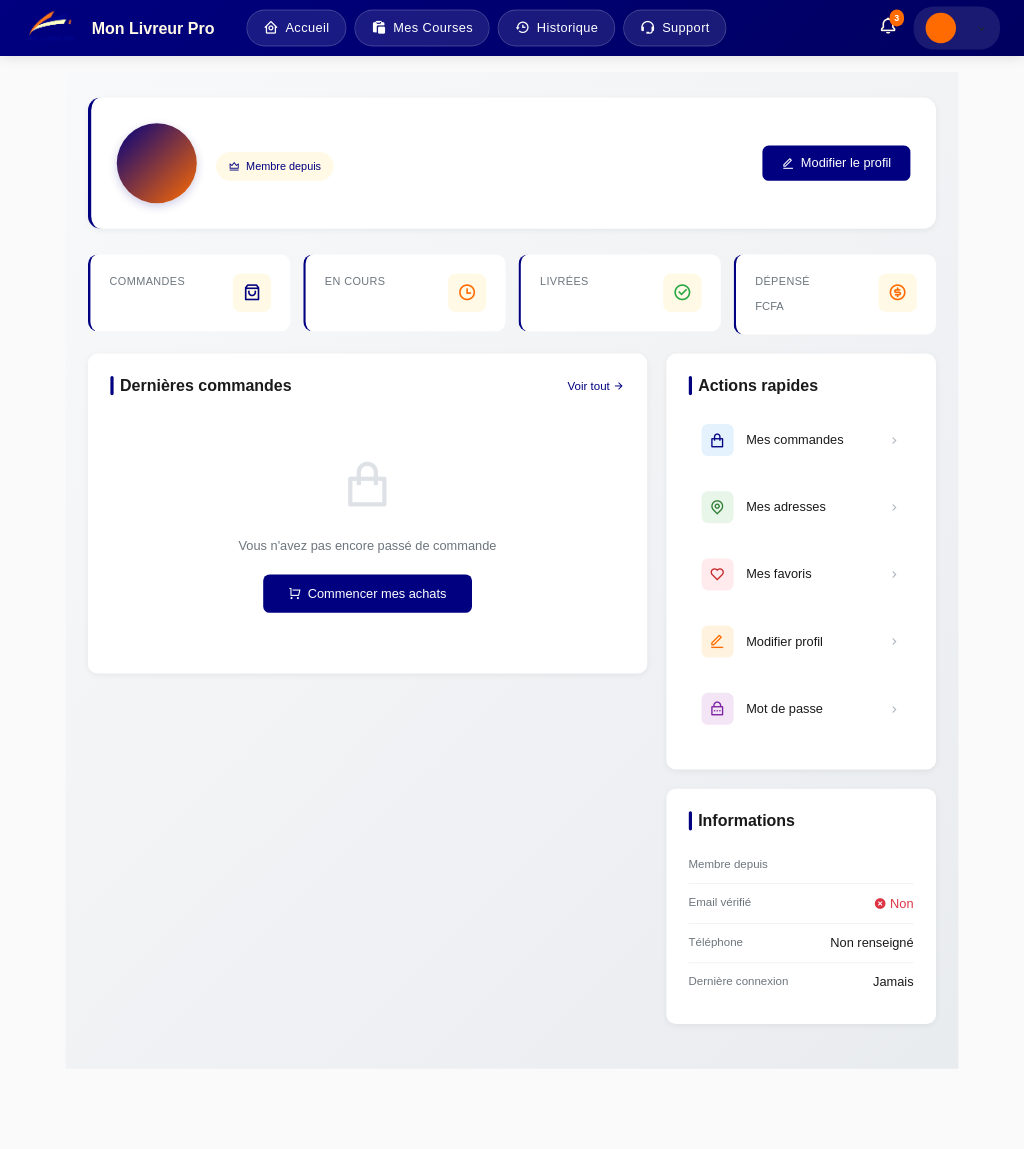
Repository: kaboreibrahim/LivreurPro
Page: Client/templates/profile/profile.html
These files come from the project's save history. The page is drawn as it stood at one moment and after the next save; the edit follows.
The browser window is 1280 px wide. The pictures show the whole page, at 80% of full size.
The template is drawn by Django 5.2. The application's start-up code is not run. The template is opened directly, without the code that normally fills it, so the values that code supplies are empty.

Above is the page before, as saved 2025-12-11 21:33:06.

After the next save:
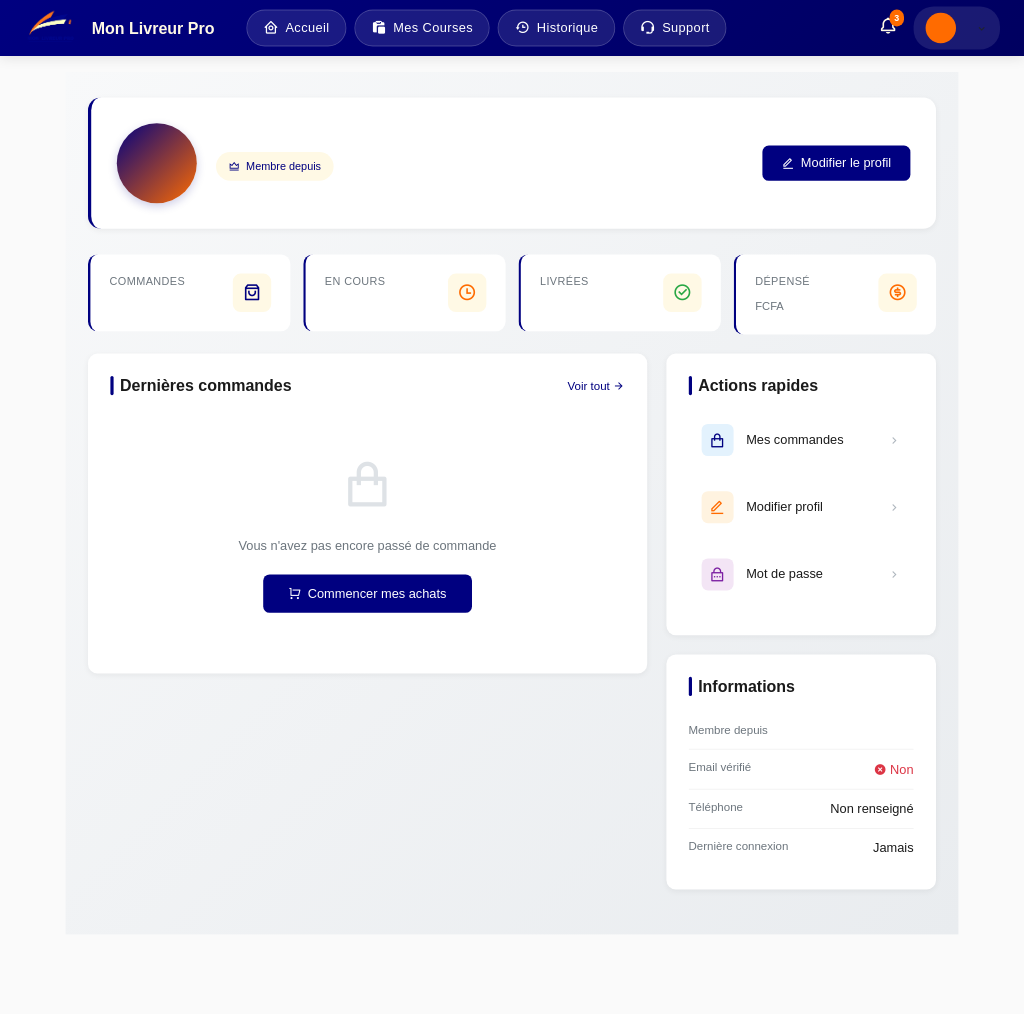
Saved 40 s later.
--- a/Client/templates/profile/profile.html
+++ b/Client/templates/profile/profile.html
@@ -570,7 +570,7 @@
                         <i class="ri-arrow-right-s-line" style="color: #adb5bd;"></i>
                     </a>
 
-                    <a href="" class="quick-action">
+                    {% comment %} <a href="" class="quick-action">
                         <div class="action-icon green">
                             <i class="ri-map-pin-line"></i>
                         </div>
@@ -584,7 +584,7 @@
                         </div>
                         <span class="action-label">Mes favoris</span>
                         <i class="ri-arrow-right-s-line" style="color: #adb5bd;"></i>
-                    </a>
+                    </a> {% endcomment %}
 
                     <a href="" class="quick-action">
                         <div class="action-icon orange">
